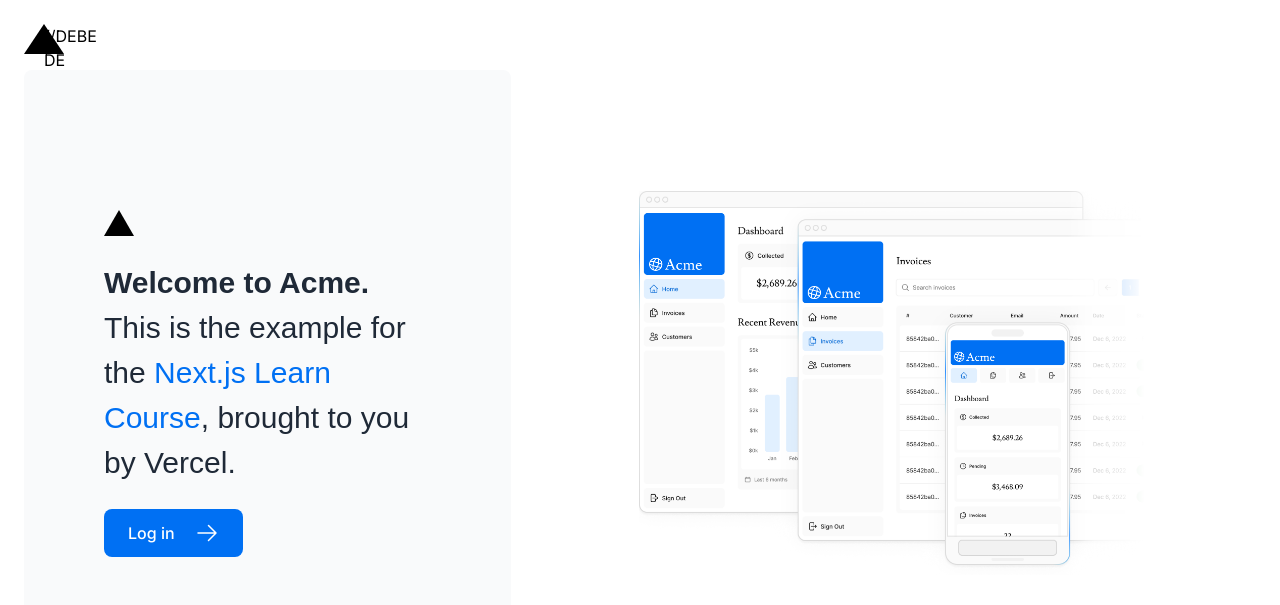
Repository: rlhardrock/NextJS
Page: /
These files come from the project's save history. The page is drawn as it stood at one moment and after the next save; the edit follows.
The browser window is 1280 px wide. The pictures show the whole page.
Some web fonts or font styles are not loaded; a fallback is used. The project was rebuilt for these pictures with package versions that can differ from the ones it lists, and the page was loaded fresh each time. The framework's server and built-in components were replaced by stand-ins that run in the browser. Also part of the build but not shown: next.config.ts.

Above is the page before, as saved 2024-12-15 20:46:44.

### app/page.tsx
import AcmeLogo from '@/app/ui/acme-logo';
import { ArrowRightIcon } from '@heroicons/react/24/outline';
import Link from 'next/link';
import styles from '@/app/ui/home.module.css';
import { lusitana } from './ui/fonts';
import Image from 'next/image';


export default function Page() {
  return (
    <main className="flex min-h-screen flex-col p-6">
      <div className={styles.shape}> //DEBE DE FUNCIONAR Y NO
      {/* <div className="flex h-20 shrink-0 items-end rounded-lg bg-blue-500 p-4 md:h-52"> */}
        {<AcmeLogo />}
      </div>
      <div className="mt-4 flex grow flex-col gap-4 md:flex-row">
        <div className="flex flex-col justify-center gap-6 rounded-lg bg-gray-50 px-6 py-10 md:w-2/5 md:px-20">
          <div className="relative w-0 h-0 border-l-[15px] border-r-[15px] border-b-[26px] border-l-transparent border-r-transparent border-b-black"/>
          <p className={`${lusitana.className} text-xl text-gray-800 md:text-3xl md:leading-normal`}>
            <strong>Welcome to Acme.</strong> This is the example for the{' '}
            <a href="https://nextjs.org/learn/" className="text-blue-500">
              Next.js Learn Course
            </a>
            , brought to you by Vercel.
          </p>
          <Link
            href="/login"
            className="flex items-center gap-5 self-start rounded-lg bg-blue-500 px-6 py-3 text-sm font-medium text-white transition-colors hover:bg-blue-400 md:text-base" >
            <span>Log in</span> <ArrowRightIcon className="w-5 md:w-6" />
          </Link>
        </div>
        <div className="flex items-center justify-center p-6 md:w-3/5 md:px-28 md:py-12">
          {/* Add Hero Images Here */}
          <Image
            src="/hero-desktop.png"
            width={1000}
            height={760}
            className="hidden md:block"
            alt="Screenshots of the dashboard project showing desktop version"
          />
          <Image
            src="/hero-mobile.png"
            width={560}
            height={620}
            className="block md:hidden"
            alt="Screenshot of the dashboard project showing mobile version"
          />

        </div>
      </div>
    </main>
  );
}

### app/ui/fonts.ts
import { Inter, Lusitana } from 'next/font/google';

export const inter = Inter({ subsets: ['latin'] });

export const lusitana = Lusitana({
     weight: ['400', '700'],
     subsets: ['latin'],
});

Loaded but not shown: app/layout.tsx (common file); app/ui/global.css (common file); app/ui/acme-logo.tsx (common file); app/ui/home.module.css (common file); tailwind.config.ts (common file)

After the next save:
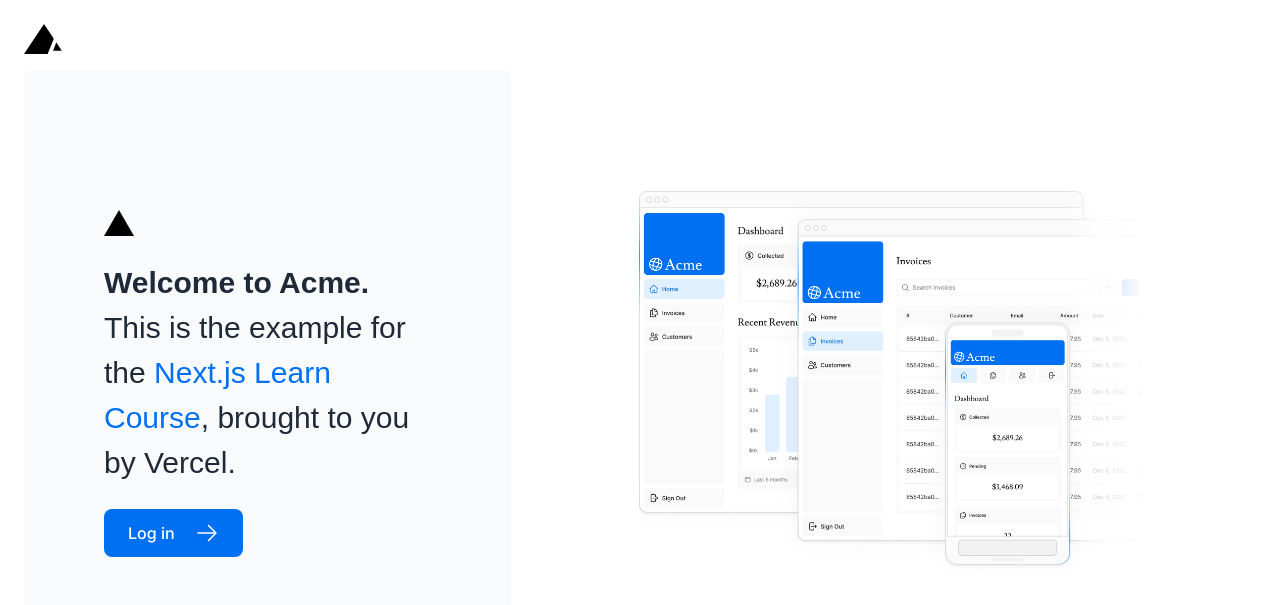
Saved 5 s later.
--- a/app/page.tsx
+++ b/app/page.tsx
@@ -9,7 +9,7 @@
 export default function Page() {
   return (
     <main className="flex min-h-screen flex-col p-6">
-      <div className={styles.shape}> //DEBE DE FUNCIONAR Y NO
+      <div className={styles.shape}> {/* //DEBE DE FUNCIONAR Y NO */}
       {/* <div className="flex h-20 shrink-0 items-end rounded-lg bg-blue-500 p-4 md:h-52"> */}
         {<AcmeLogo />}
       </div>
